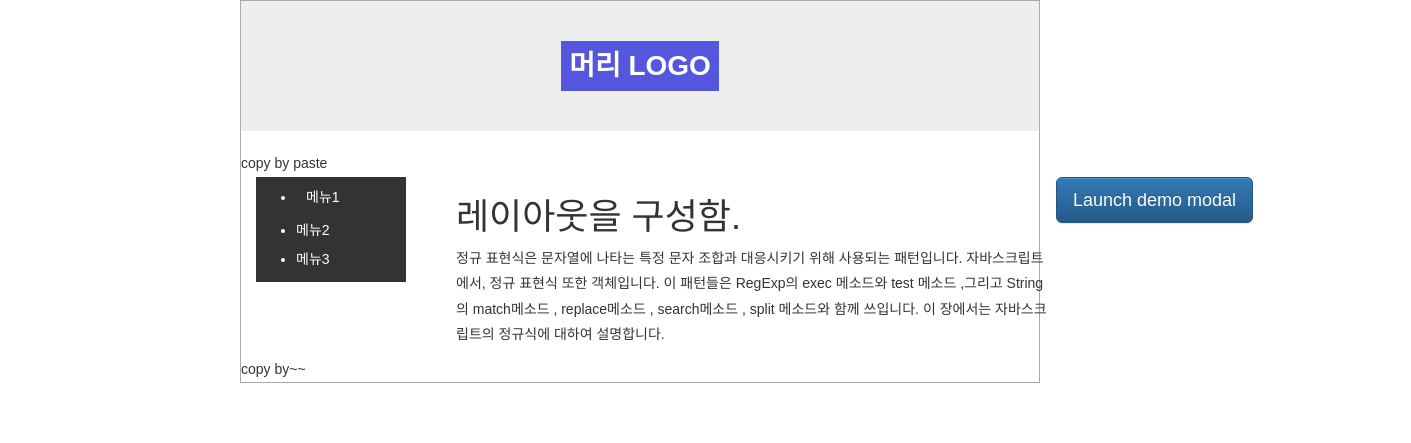
Repository: yoojisoo/YONSAI
Page: http://localhost/teatJava/
These files come from the project's save history. The page is drawn as it stood at one moment and after the next save; the edit follows.
The browser window is 1280 px wide. The page is 1411 px wide, so the pictures cover 1411 px, including what lies to the right of the window. The pictures show the whole page.
The page is served by Tomcat 9.

Above is the page before, as saved 2021-08-23 06:16:55.

### jsworkspace/teatJava/src/main/webapp/index.jsp
<%@ page language="java" contentType="text/html; charset=UTF-8"
	pageEncoding="UTF-8"%>
<!DOCTYPE html>
<html>
<head>
<meta charset="UTF-8">
<title>웹 페이지 레이아웃</title>
<script src="js/jquery-3.6.0.js"></script>

<!-- 합쳐지고 최소화된 최신 CSS -->
<link rel="stylesheet"
	href="https://maxcdn.bootstrapcdn.com/bootstrap/3.3.2/css/bootstrap.min.css">

<!-- 부가적인 테마 -->
<link rel="stylesheet"
	href="https://maxcdn.bootstrapcdn.com/bootstrap/3.3.2/css/bootstrap-theme.min.css">

<!-- 합쳐지고 최소화된 최신 자바스크립트 -->
<script
	src="https://maxcdn.bootstrapcdn.com/bootstrap/3.3.2/js/bootstrap.min.js"></script>

<style>
body {
	font: 14px/1.8 Arial, Helvetica, sans-serif;
}

.frame {
	width: 800px;
	margin: 0 auto;
	border: 1px solid #aaa;
}

.header {
	padding: 40px 10px;
	text-align: center;
	background: #eee;
	margin-bottom: 20px;
}

.logo {
	font-size: 2em;
	font-weight: bold;
	background: #5457de;
	color: #fff;
	display: inline-block;
	padding: 0 8px;
}

.container {
	overflow: hidden;
}

.nav {
	float: left;
	width: 150px;
	background: #333;
	color: #fff;
	margin-right: 50px;
}

.nav-list {
	list-style: none;
	margin: 0;
	padding: 10px 0;
}

.nav-item {
	margin: 4px 0;
}

.nav-link {
	display: block;
	text-decoration: none;
	color: #fff;
	padding: 4px 10px;
}

.nav-link:hover {
	background: #5457de;
}

.content {
	float: left;
	width: 600px;
}

.footer {
	text-align: center;
	border-top: 1px solid #aaa;
	margin: 20px 20px 0;
	font-size: 12px;
}
</style>
</head>
<body>
	<div class="frame">
		<jsp:include page="include/header.jsp"></jsp:include>
		<div class="container">
			<div class="nav">
				<ul>
					<li class="nav-item"><a href="#" class="nav-link">메뉴1</a></li>
					<li class="nav-item">메뉴2</li>
					<li class="nav-item">메뉴3</li>
				</ul>
			</div>
			<div class="content">
				<h1>레이아웃을 구성함.</h1>
				<p>정규 표현식은 문자열에 나타는 특정 문자 조합과 대응시키기 위해 사용되는 패턴입니다. 자바스크립트에서, 정규
					표현식 또한 객체입니다. 이 패턴들은 RegExp의 exec 메소드와 test 메소드 ,그리고 String의
					match메소드 , replace메소드 , search메소드 , split 메소드와 함께 쓰입니다. 이 장에서는
					자바스크립트의 정규식에 대하여 설명합니다.</p>
			</div>
			<!-- Button trigger modal -->
			<button type="button" class="btn btn-primary btn-lg"
				data-toggle="modal" data-target="#myModal">Launch demo
				modal</button>
			<!-- 모 -->

			<!-- Modal -->
			<div class="modal fade" id="myModal" tabindex="-1" role="dialog"
				aria-labelledby="myModalLabel" aria-hidden="true">
				<div class="modal-dialog">
					<div class="modal-content">
						<div class="modal-header">
							<button type="button" class="close" data-dismiss="modal"
								aria-label="Close">
								<span aria-hidden="true">&times;</span>
							</button>
							<h4 class="modal-title" id="myModalLabel">모달모달</h4>
						</div>
						<div class="modal-body">여기는 내용쓰</div>
						<div class="modal-footer">
							<button type="button" class="btn btn-default"
								data-dismiss="modal">Close</button>
							<button type="button" class="btn btn-primary">Save
								changes</button>
						</div>
					</div>
				</div>
			</div>
		</div>
		<jsp:include page="include/foot.jsp"></jsp:include>
	</div>
</body>
</html>

### jsworkspace/teatJava/src/main/webapp/include/header.jsp

<div class = "header"><span class="logo">머리 LOGO</span></div>
<%@ page language="java" contentType="text/html; charset=UTF-8"
    pageEncoding="UTF-8"%>

<div class = "foot">
   copy by paste
</div>

### jsworkspace/teatJava/src/main/webapp/include/foot.jsp
<%@ page language="java" contentType="text/html; charset=UTF-8"
    pageEncoding="UTF-8"%>
				<div class="foot">
				copy by~~
				</div>

Loaded but not shown: jsworkspace/teatJava/src/main/webapp/js/jquery-3.6.0.js (library)

After the next save:
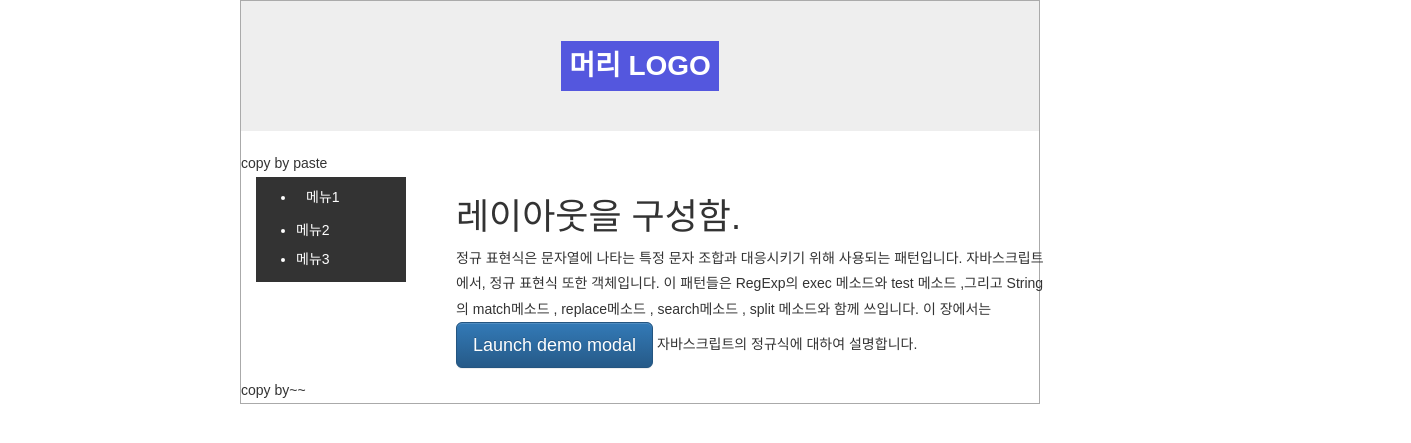
Saved 7 min 15 s later.
--- a/jsworkspace/teatJava/src/main/webapp/index.jsp
+++ b/jsworkspace/teatJava/src/main/webapp/index.jsp
@@ -108,13 +108,13 @@ body {
 				<p>정규 표현식은 문자열에 나타는 특정 문자 조합과 대응시키기 위해 사용되는 패턴입니다. 자바스크립트에서, 정규
 					표현식 또한 객체입니다. 이 패턴들은 RegExp의 exec 메소드와 test 메소드 ,그리고 String의
 					match메소드 , replace메소드 , search메소드 , split 메소드와 함께 쓰입니다. 이 장에서는
-					자바스크립트의 정규식에 대하여 설명합니다.</p>
-			</div>
-			<!-- Button trigger modal -->
 			<button type="button" class="btn btn-primary btn-lg"
 				data-toggle="modal" data-target="#myModal">Launch demo
 				modal</button>
 			<!-- 모 -->
+					자바스크립트의 정규식에 대하여 설명합니다.</p>
+			</div>
+			<!-- Button trigger modal -->
 
 			<!-- Modal -->
 			<div class="modal fade" id="myModal" tabindex="-1" role="dialog"
